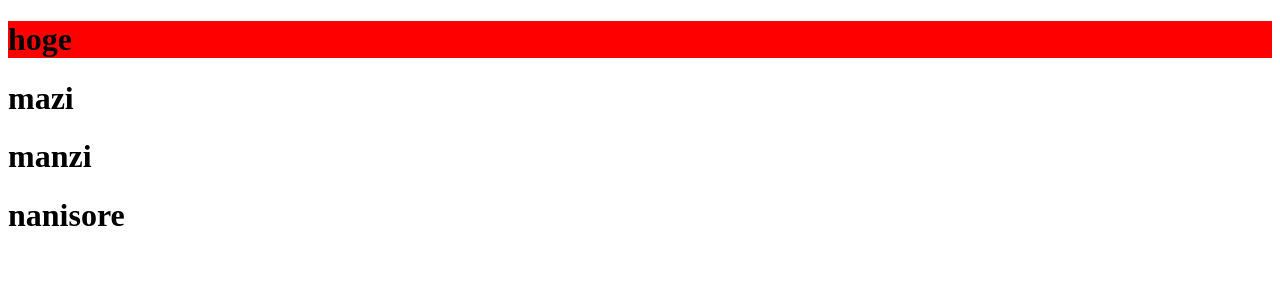
Repository: Ossan-gon/samurai_HTML-CSS
Page: class.html
The author's editor kept a record of every edit. The page is drawn from the files as they stood at one moment, then again after the next edit.
The browser window is 1280 px wide. The pictures show the whole page.

Above is the page before.

### class.html
<!DOCTYPE html>
<html lang="en">
<head>
    <style>
        h1:first-child {
            background-color: red;
        }
    </style>
    <meta charset="UTF-8">
    <title>Document</title>
</head>
<body>
    <h1>hoge</h1>
    <h1>mazi</h1>
    <h1>manzi</h1>
    <h1>nanisore</h1>

</body>
</html>

After the next edit:
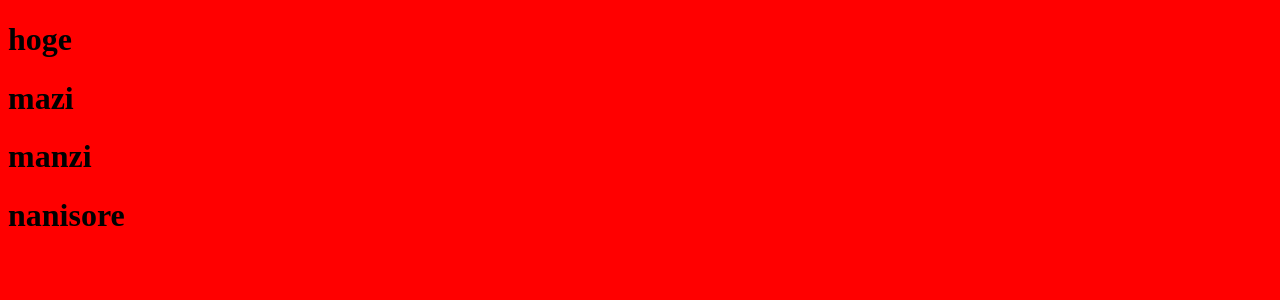
The edit:
--- a/class.html
+++ b/class.html
@@ -2,7 +2,7 @@
 <html lang="en">
 <head>
     <style>
-        h1:first-child {
+        :root {
             background-color: red;
         }
     </style>
